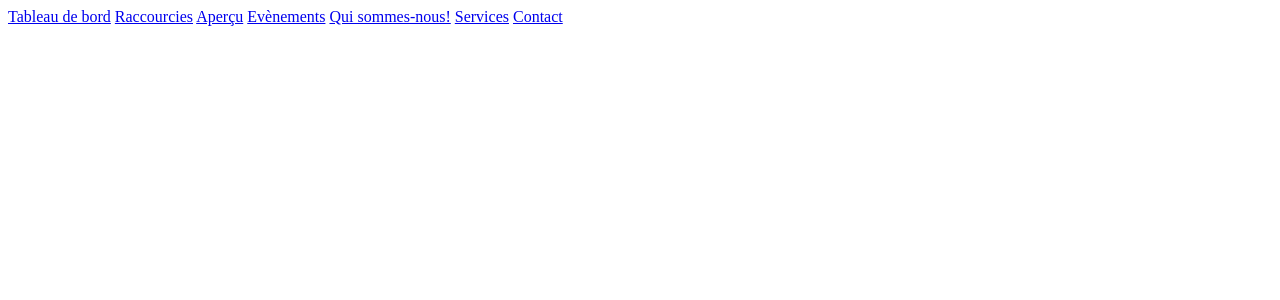
Repository: Alex-Serky/Dossier-Nav
Page: Nav-Responsive/index.html
These files come from the project's save history. The page is drawn as it stood at one moment and after the next save; the edit follows.
The browser window is 1280 px wide. The pictures show the whole page.
Some web libraries are served in a nearby version.

Above is the page before, as saved 2020-02-21 15:41:59.

After the next save:
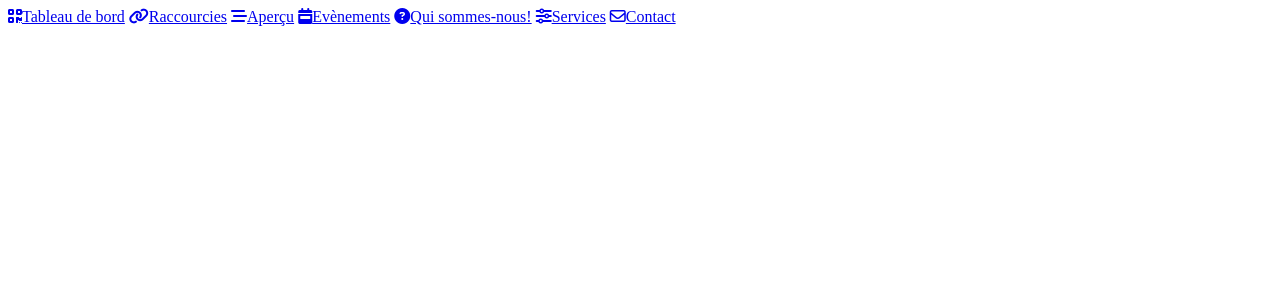
Saved 25 s later.
--- a/Nav-Responsive/index.html
+++ b/Nav-Responsive/index.html
@@ -5,18 +5,19 @@
     <meta charset="UTF-8">
     <meta name="viewport" content="width=device-width, initial-scale=1.0">
     <link rel="stylesheet" href="style.css">
+    <script src="https://kit.fontawesome.com/a076d05399.js"></script>
     <title>Responsive Sidebar Menu</title>
 </head>
 
 <body>
     <div class="sidebar">
-        <a href="#"><span>Tableau de bord</span></a>
-        <a href="#"><span>Raccourcies</span></a>
-        <a href="#"><span>Aperçu</span></a>
-        <a href="#"><span>Evènements</span></a>
-        <a href="#"><span>Qui sommes-nous!</span></a>
-        <a href="#"><span>Services</span></a>
-        <a href="#"><span>Contact</span></a>
+        <a href="#"><i class="fas fa-qrcode"></i><span>Tableau de bord</span></a>
+        <a href="#"><i class="fas fa-link"></i><span>Raccourcies</span></a>
+        <a href="#"><i class="fas fa-stream"></i><span>Aperçu</span></a>
+        <a href="#"><i class="fas fa-calendar-week"></i><span>Evènements</span></a>
+        <a href="#"><i class="fas fa-question-circle"></i><span>Qui sommes-nous!</span></a>
+        <a href="#"><i class="fas fa-sliders-h"></i><span>Services</span></a>
+        <a href="#"><i class="far fa-envelope"></i><span>Contact</span></a>
     </div>
 </body>
 
